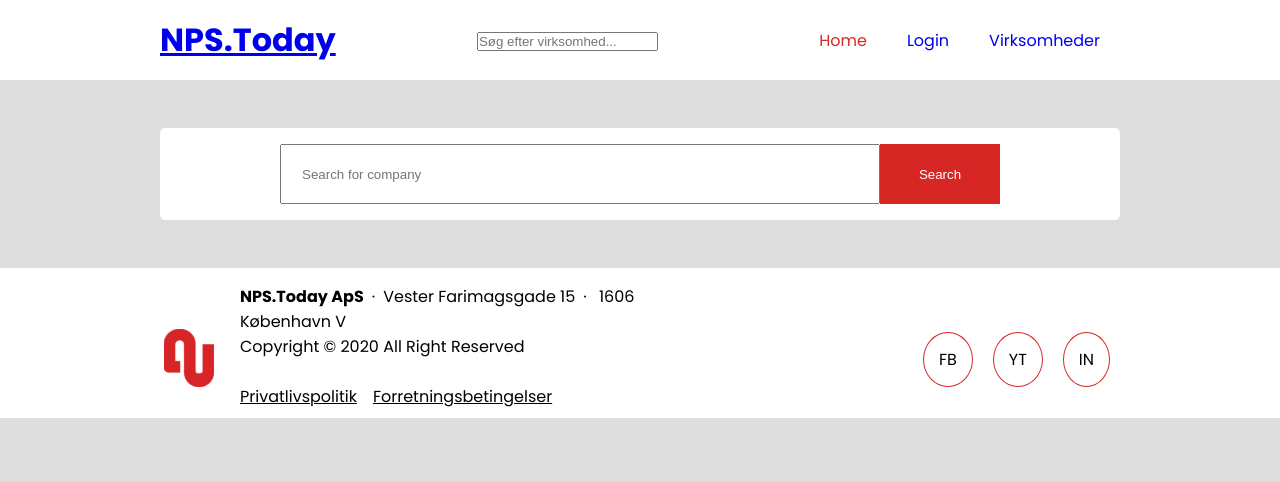
Repository: Shaydx/reviews
Page: /
An editor plug-in stored every save of this project. The page is shown before and after the next save, followed by the edit.
The browser window is 1280 px wide. The pictures show the whole page.
The page's requests for data from a server got no answer. The project was rebuilt for these pictures with package versions that can differ from the ones it lists, and the page was loaded fresh each time. No one was signed in, and anything a server would have sent is missing. Also part of the build but not shown: src/components/Analytics/Analytics.js, src/components/Response/Response.jsx, src/components/Response/ResponseContainer.jsx, src/components/Sidebars/Sidebar.js, src/components/Sidebars/Sidebars.js, src/pages/Review.js, src/pages/Login.js, src/pages/Virksomheder.js.

Above is the page before, as saved 2020-10-19 09:47:01.

### public/index.html
<!DOCTYPE html>
<html lang="en">

<head>
  <meta charset="utf-8" />
  <link rel="icon" href="%PUBLIC_URL%/favicon.ico" />
  <meta name="viewport" content="width=device-width, initial-scale=1" />
  <meta name="theme-color" content="#000000" />
  <meta name="description" content="Web site created using create-react-app" />
  <link rel="apple-touch-icon" href="%PUBLIC_URL%/logo192.png" />
  <!--
      manifest.json provides metadata used when your web app is installed on a
      user's mobile device or desktop. See https://developers.google.com/web/fundamentals/web-app-manifest/
    -->
  <link rel="manifest" href="%PUBLIC_URL%/manifest.json" />
  <!--
      Notice the use of %PUBLIC_URL% in the tags above.
      It will be replaced with the URL of the `public` folder during the build.
      Only files inside the `public` folder can be referenced from the HTML.

      Unlike "/favicon.ico" or "favicon.ico", "%PUBLIC_URL%/favicon.ico" will
      work correctly both with client-side routing and a non-root public URL.
      Learn how to configure a non-root public URL by running `npm run build`.
    -->
  <title>NPS.Today - Reviews</title>
</head>

<body>
  <noscript>You need to enable JavaScript to run this app.</noscript>
  <div id="root"></div>
  <!--
      This HTML file is a template.
      If you open it directly in the browser, you will see an empty page.

      You can add webfonts, meta tags, or analytics to this file.
      The build step will place the bundled scripts into the <body> tag.

      To begin the development, run `npm start` or `yarn start`.
      To create a production bundle, use `npm run build` or `yarn build`.
    -->
</body>

</html>

### src/index.css
@import url("https://fonts.googleapis.com/css2?family=Poppins:wght@300;400;700&display=swap");

* {
  margin: 0;
  padding: 0;
  box-sizing: border-box;
}

body {
  margin: 0 auto;
  font-family: "Poppins", sans-serif;
}

### src/App.js
import React from "react";
import { BrowserRouter as Router } from "react-router-dom";

// Styling
import "./assets/scss/app.scss";

// Components
import Header from "./components/Header/Header";
import Footer from "./components/Footer/Footer";

// Routing
import Content from "./components/Routing/Routing";

function App() {
  return (
    <Router>
      <Header />
      <Content />
      <Footer />
    </Router>
  );
}

export default App;

### src/assets/scss/app.scss
// Abstracts
@import "./abstracts/variables";
@import "./abstracts/functions";

// Global
@import "./base/global";

// Partials
@import "./partials/header";
@import "./partials/footer";

// Components
@import "./components/navbar";
@import "./components/analytics";
@import "./components/responses";
@import "./components/sidebar";
@import "./components/search";
@import "./components/buttons";

### src/components/Header/Header.js
import React from "react";

// Components
import Logo from "./Logo/Logo";
import Search from "./Search/Search";
import NavBar from "./Navbar/Navbar";

// Pages

const Header = () => {
  return (
    <div className="header-container">
      <Logo />
      <Search />
      <NavBar />
    </div>
  );
};

export default Header;

### src/components/Footer/Footer.js
import React from "react";

const Footer = () => {
  return (
    <footer>
      <div className="company">
        <div className="logo"></div>
        <p className="company-info">
          NPS.Today ApS
          <span>Vester Farimagsgade 15</span>
          <span> 1606 København V</span>
        </p>
        <div className="copyright">
          <p>Copyright © 2020 All Right Reserved</p>
        </div>
        <ul className="footer-menu">
          <li className="footer-menu-item">Privatlivspolitik</li>
          <li className="footer-menu-item">Forretningsbetingelser</li>
        </ul>
      </div>
      <div className="social-media">
        <span>FB</span>
        <span>YT</span>
        <span>IN</span>
      </div>
    </footer>
  );
};

export default Footer;

### src/components/Routing/Routing.js
import React from "react";
import { Switch, Route } from "react-router-dom";

// Pages
import Home from "../../pages/Home";
import Audika from "../../pages/Review";
import Login from "../../pages/Login";
import Virksomheder from "../../pages/Virksomheder";
import Review from "../../pages/Review";

const Routing = () => {
  return (
    <Switch>
      <Route exact path="/" component={Home} />
      <Route exact path="/audikaDK" component={Audika} />
      <Route exact path="/login" component={Login} />
      <Route exact path="/virksomheder" component={Virksomheder} />
      <Route exact path="/r/:name" component={Review} />
    </Switch>
  );
};

export default Routing;

### src/assets/scss/abstracts/_variables.scss
// Colors
$red: #d62725;
$yellow: #fdc619;
$green: #00a46e;
$black: #3c3c3c;
$white: #ffffff;

$primary: $red;
$secondary: $green;

$padding: 1rem 10rem;
$margin: 3rem 10rem;

### src/assets/scss/abstracts/_functions.scss
html {
  background: #dedede;
}

### src/assets/scss/base/_global.scss
#review-page {
    display: grid;
    grid-template-columns: 5fr 2fr;
    grid-template-areas: "main aside";
    gap: 30px;
    margin: $margin;
}

.content-wrapper {
  margin: $margin;
}

main {
  &#review {
    grid-area: main;
    display: grid;
    grid-auto-rows: minmax(min-content, max-content);
    grid-template-areas:
      "Content"
      "Comments";
    gap: 30px;
  }

  &#frontpage {
    .container {
      text-align: center;
    }
  }
}

aside {
  grid-area: aside;
}

.container {
  width: 100%;
  padding: 1rem;
  background: $white;
  border-radius: 5px;
}

### src/assets/scss/partials/_header.scss
.header-container {
  display: flex;
  justify-content: space-between;
  align-items: center;

  background: $white;
  padding: $padding;
}

### src/assets/scss/partials/_footer.scss
footer {
  height: 150px;
  display: grid;
  grid-template-columns: 1fr 1fr;
  grid-template-areas: "company social-media";
  background: $white;
  padding: $padding;

  .company {
    grid-area: company;
    align-self: center;
    display: grid;
    grid-template-columns: 80px 1fr;
    grid-template-rows: 1fr 1fr 1fr;
    gap: 0px 0px;
    grid-template-areas:
      "logo company-info"
      "logo copyright"
      "logo footer-menu";

    .logo {
      grid-area: logo;
      align-self: center;
      background: url(../../img/footer-logo.svg) no-repeat;
      height: 60px;
      width: 60px;
    }

    .company-info {
      grid-area: company-info;
      font-weight: 700;

      span {
        font-weight: 400;
        margin-left: 0.5rem;

        &::before {
          content: "\00b7";
          margin-right: 0.5rem;
        }
      }
    }

    .copyright {
      grid-area: copyright;
    }

    .footer-menu {
      display: flex;
      grid-area: footer-menu;

      list-style: none;

      li {
        font-weight: 400;
        margin-right: 1rem;
        cursor: pointer;
        text-decoration: underline;
      }
    }
  }

  .social-media {
    grid-area: social-media;
    align-self: center;
    justify-self: right;

    span {
      border: 1px solid $primary;
      border-radius: 50%;
      padding: 15px;
      margin: 10px;
      cursor: pointer;
    }
  }
}

### src/assets/scss/components/_navbar.scss
nav {
  display: flex !important;
  background: #fff;

  ul {
    list-style: none;
    display: flex;
    flex-wrap: wrap;
    justify-content: space-between;
    justify-self: flex-end;
    align-items: center;

    li {
      list-style: none;
      padding: 10px 20px;

      a {
        text-decoration: none;

        &.current-menu-item {
          color: $primary;
        }
      }
    }
  }
}

### src/assets/scss/components/_analytics.scss
#analytics {
  display: grid;
  grid-template-columns: 1fr 1fr;
  grid-template-areas: "Logo Analytics";
  border-radius: 5px;
  padding: 2rem;

  .logo {
    grid-area: Logo;
    align-self: center;
    justify-self: center;
  }

  .analytics {
    display: grid;
    grid-template-columns: 30% 70%;
    grid-template-rows: 1fr 1fr 1fr;
    gap: 0px 0px;
    grid-template-areas:
      "Gauge Name"
      "Gauge total-respondents"
      "Gauge spread";
    grid-area: Analytics;

    .gauge {
      grid-area: Gauge;
      align-self: center;
      justify-self: center;
    }

    .name {
      grid-area: Name;
      align-self: center;
      font-size: 28px;
      font-weight: 700;
    }

    .total-respondents {
      grid-area: total-respondents;
      align-self: center;
    }

    .spread {
      display: grid;
      grid-template-columns: 15% 30% 55%;
      grid-template-areas: "detractors passive promoters";
      grid-area: spread;
      height: 30px;
      text-align: center;
      align-items: center;

      .detractors {
        grid-area: detractors;
        background: red;
        color: white;
        padding: 5px 0px;
      }
      .passive {
        grid-area: passive;
        background: yellow;
        padding: 5px 0px;
      }
      .promoters {
        grid-area: promoters;
        background: green;
        color: white;
        padding: 5px 0px;
      }
    }
  }
}

### src/assets/scss/components/_responses.scss
#responseContainer {
  grid-area: Comments;
  display: grid;
  gap: 10px;

  .container {
    padding: 2rem;
    border-radius: 5px;
    min-height: 150px;
  }

  .response {
    display: grid;
    grid-template-columns: 80px auto;
    grid-template-areas:
      "rating user"
      "rating comment";
  }

  .rating {
    grid-area: rating;
    justify-self: center;

    .score {
      background: $green;
      width: 50px;
      height: 50px;
      border-radius: 50%;
      display: flex;
      justify-content: center;
      align-items: center;
      color: $white;
    }
  }

  .user {
    grid-area: user;
    font-weight: 700;
    font-size: 20px;

    span {
      display: block;
      font-weight: 400;
      font-size: 14px;
    }
  }

  .comment {
    grid-area: comment;
  }
}

### src/assets/scss/components/_sidebar.scss
#sidebars {
    grid-area: Sidebar;
    display: grid;
    gap: 30px;

    .container {
        border-radius: 5px;
    }

    p {
        margin: 10px 0;
    }
}

### src/assets/scss/components/_search.scss
#frontpage {
    input[type="search"] {
        width: 600px;
        height: 60px;
        padding: 12px 20px;

        &:focus {
          outline: none;
        }

        &:active {
          outline: none;
        }
      }
}

### src/assets/scss/components/_buttons.scss
.btn {
    border: none;
    color: $white;
    height: 60px;
    width: 120px;
    cursor: pointer;

    &:focus {
      outline: none;
    }

    &:active {
      outline: none;
    }

    &.btn-primary {
      background-color: $primary;

      &:hover {
        background-color: lighten($primary, 5);
      }
    }

    &.btn-link {
      background-color: transparent;
      color: $primary;

      &:hover {
        color: lighten($primary, 5);
        text-decoration: underline;
      }
    }
  }

### src/components/Header/Logo/Logo.js
import React from "react";
import { Link } from "react-router-dom";

function Logo() {
  return (
    <div className="logo">
      <Link to="/">
        <h1>NPS.Today</h1>
      </Link>
    </div>
  );
}

export default Logo;

### src/components/Header/Search/Search.js
import React from "react";

const Search = () => {
  return (
    <div className="search">
      <input
        type="search"
        name="search"
        id="search"
        placeholder="Søg efter virksomhed..."
      />
    </div>
  );
};

export default Search;

### src/components/Header/Navbar/Navbar.js
import React from "react";
import { NavLink } from "react-router-dom";

function Navbar() {
  return (
    <nav className="navigation">
      <ul className="menu">
        <li className="menu-item">
          <NavLink exact to="/" activeClassName="current-menu-item">
            Home
          </NavLink>
        </li>
        <li className="menu-item">
          <NavLink to="/login" activeClassName="current-menu-item">
            Login
          </NavLink>
        </li>
        <li className="menu-item">
          <NavLink to="/virksomheder" activeClassName="current-menu-item">
            Virksomheder
          </NavLink>
        </li>
      </ul>
    </nav>
  );
}

export default Navbar;

### src/pages/Home.js
import React, { Component } from "react";

// Components
import Search from "../components/Search/Search";

class Home extends Component {
  render(props) {
    return (
      <div className="content-wrapper">
        <main id="frontpage">
          <Search {...props} />
        </main>
      </div>
    );
  }
}

export default Home;

### src/components/Search/Search.jsx
import React, { Component } from "react";
import { Link } from "react-router-dom";
import Skeleton from 'react-loading-skeleton';

const API_URL = "https://sandbox.api.nps.today/reviews/reviewNames/";

class Search extends Component {
  state = {
    orgNames: [],
    searchResult: [],
    isLoading: true,
  };

  componentDidMount() {
    setTimeout(() => {
      this.setState({
        isLoading: false,
      });
    }, 3000);

    fetch(API_URL)
      .then((res) => res.json())
      .then((response) => {
        this.setState({
          orgNames: response,
        });
      });
  }

  searchHandler = (e) => {
    const searchValue = e.target.value.toLowerCase();
    if (!searchValue) {
      this.setState({
        searchResult: [],
      });
    } else {
      const result = this.state.orgNames.filter((orgName, key) => {
        return orgName.toLowerCase().includes(searchValue);
      });

      this.setState({
        searchResult: result,
      });
    }

    // DELETE THIS!!!!!!!
    console.log(this.state.searchResult);
  };

  render() {
    return (
      <div className="container">
        <div className="form-wrapper">
          <div className="search-form">
            <div className="form-group">
              <input
                type="search"
                placeholder="Search for company"
                onChange={this.searchHandler}
              />
              <button type="submit" className="btn btn-primary">
                Search
              </button>
            </div>
            <div className="form-group">
              <div className="searchResults">
                {this.state.searchResult.map((res, key) => {
                  return <Link key={key} to={"/r/" + res}>{res || <Skeleton />}</Link>;
                })}
              </div>
            </div>
          </div>
        </div>
      </div>
    );
  }
}

export default Search;

Loaded but not shown: src/index.js (common file); src/serviceWorker.js (common file)

After the next save:
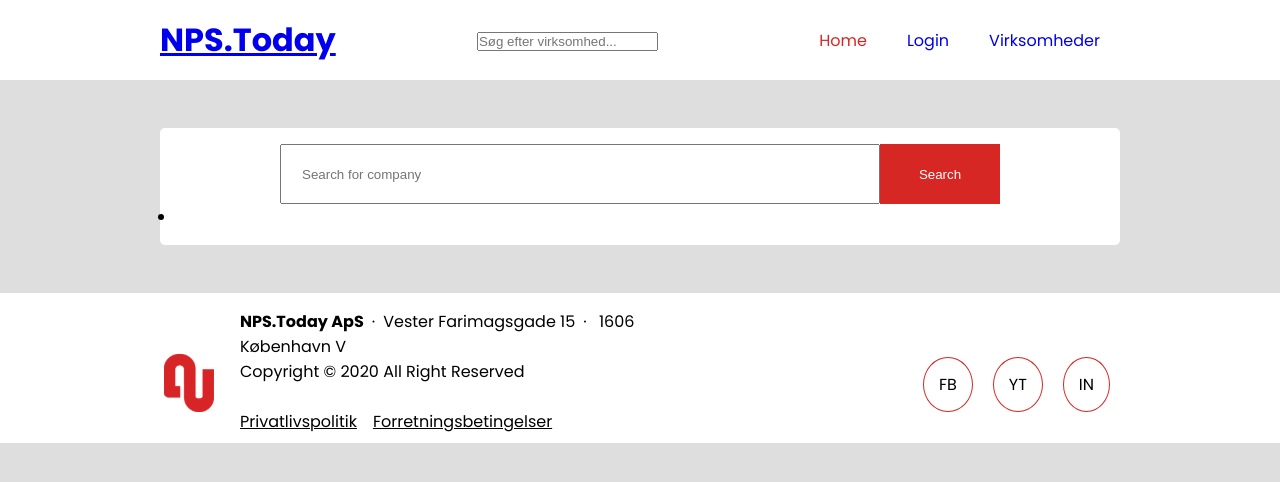
Saved 66 s later.
--- a/src/components/Search/Search.jsx
+++ b/src/components/Search/Search.jsx
@@ -63,11 +63,13 @@
               </button>
             </div>
             <div className="form-group">
-              <div className="searchResults">
+              <ul className="searchResults">
+                <li>
                 {this.state.searchResult.map((res, key) => {
                   return <Link key={key} to={"/r/" + res}>{res || <Skeleton />}</Link>;
                 })}
-              </div>
+                </li>
+              </ul>
             </div>
           </div>
         </div>

After the save that followed:
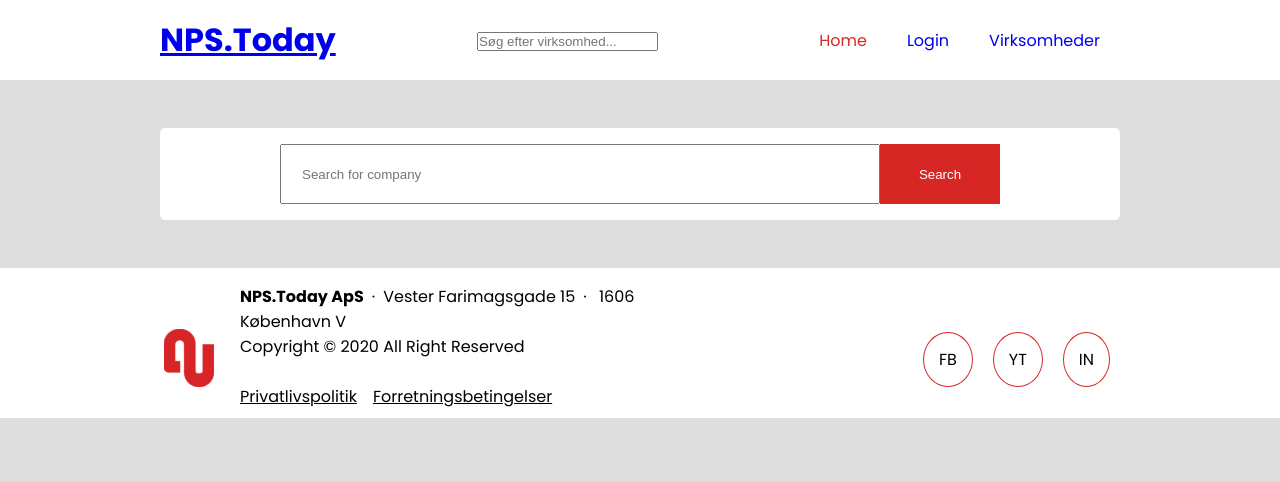
Saved 23 s later.
--- a/src/components/Search/Search.jsx
+++ b/src/components/Search/Search.jsx
@@ -1,6 +1,6 @@
 import React, { Component } from "react";
 import { Link } from "react-router-dom";
-import Skeleton from 'react-loading-skeleton';
+import Skeleton from "react-loading-skeleton";
 
 const API_URL = "https://sandbox.api.nps.today/reviews/reviewNames/";
 
@@ -64,11 +64,15 @@
             </div>
             <div className="form-group">
               <ul className="searchResults">
-                <li>
                 {this.state.searchResult.map((res, key) => {
-                  return <Link key={key} to={"/r/" + res}>{res || <Skeleton />}</Link>;
+                  return (
+                    <li>
+                      <Link key={key} to={"/r/" + res}>
+                        {res || <Skeleton />}
+                      </Link>
+                    </li>
+                  );
                 })}
-                </li>
               </ul>
             </div>
           </div>
